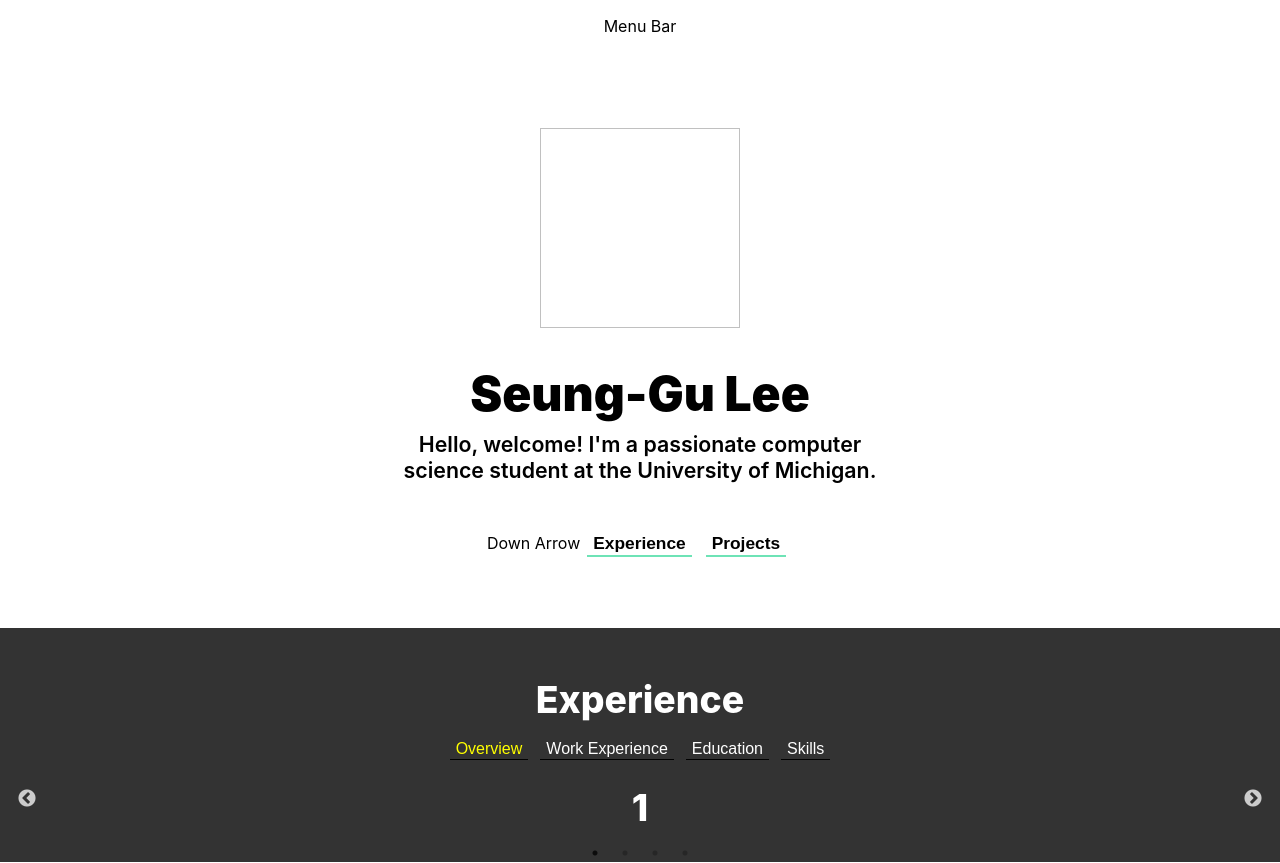
Repository: sgl33/sgl.dev-v2
Page: /
An editor plug-in stored every save of this project. The page is shown before and after the next save, followed by the edit.
The browser window is 1280 px wide. The pictures show the whole page.
The project was rebuilt for these pictures with package versions that can differ from the ones it lists, and the page was loaded fresh each time.

Above is the page before, as saved 2024-02-27 22:17:04.

After the next save:
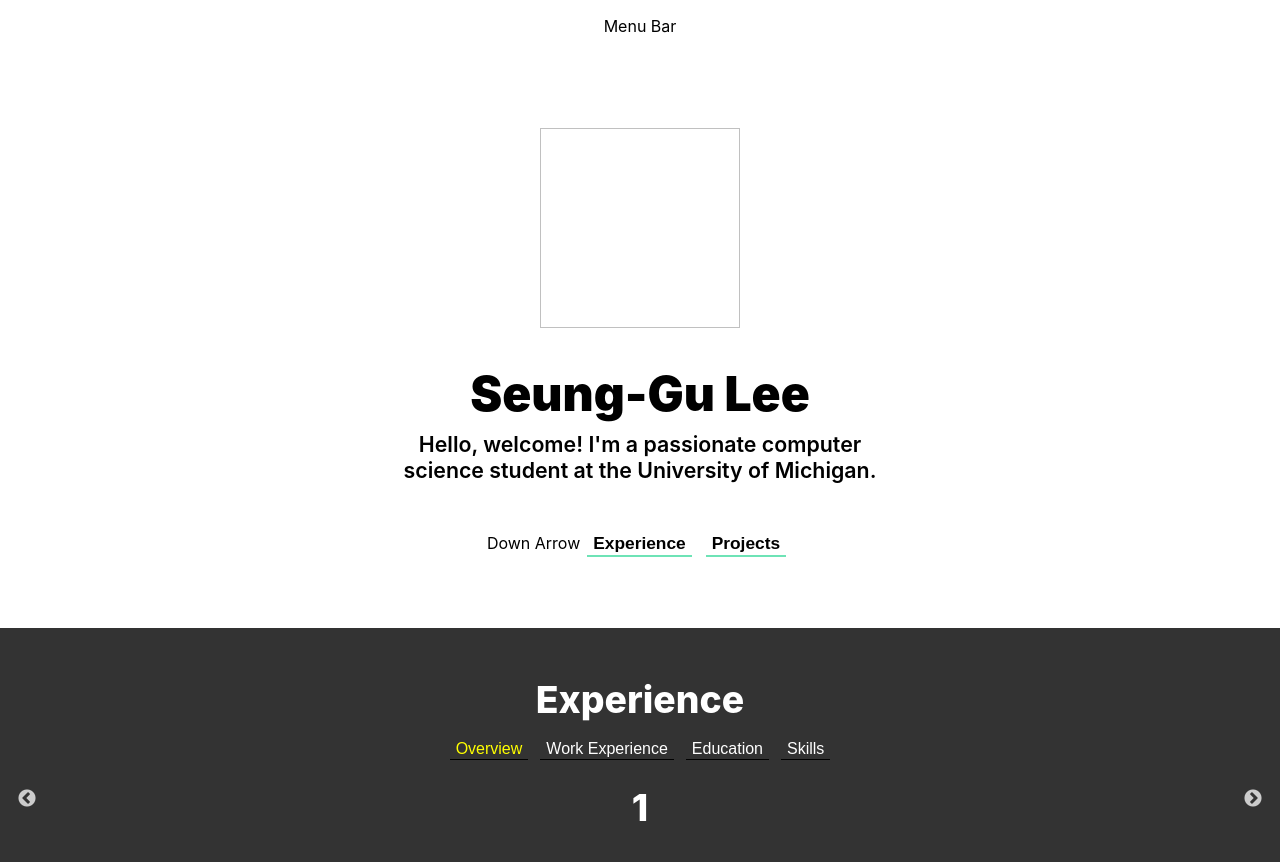
Saved 15 s later.
--- a/src/App/Experience.js
+++ b/src/App/Experience.js
@@ -11,7 +11,7 @@
     var sliderRef = useRef(null);
 
     var sliderSettings = {
-        dots: true,
+        dots: false,
         slidesToShow: 1,
         beforeChange: (current, next) => setSlideIndex(next)
     };
